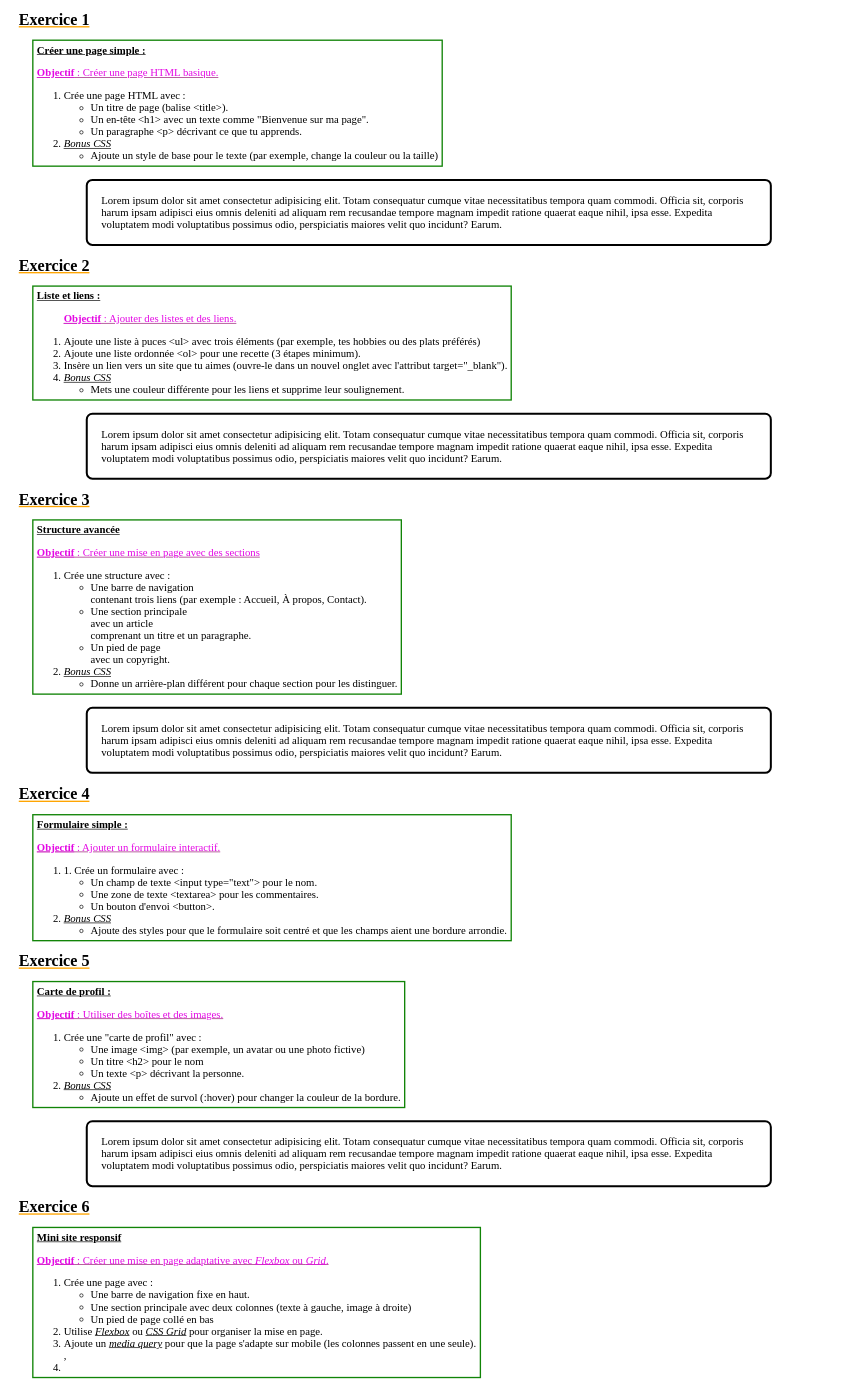
Repository: AnnaSpirit/Mimo_App
Page: Exercices_HTML&CSS.html
The author's editor kept a copy of each file at every save. The page is drawn from the files as they stood at one save, then again after the next save.
The browser window is 1280 px wide. The pictures show the whole page, at 67% of full size.

Above is the page before, as saved 2024-12-08 11:10:46.

### Exercices_HTML&CSS.html
<!DOCTYPE html>
<html lang="en">
<head>
    <meta charset="UTF-8">
    <meta name="viewport" content="width=device-width, initial-scale=1.0">
    <link rel="stylesheet" href="styleCSS.css">
    <title>Exercices HTML & CSS</title>
</head>
<body>
<div>
    <h1>Exercice 1</h1>
    <span class="Consigne"><b>Créer une page simple :</b><br>
        <p><b>Objectif</b> : Créer une page HTML basique.</p>
        <ol>
            <li>Crée une page HTML avec :
                <ul>
                    <li>Un titre de page (balise &lt;title&gt;).</li>
                    <li>Un en-tête &lt;h1&gt; avec un texte comme "Bienvenue sur ma page".</li>
                    <li>Un paragraphe &lt;p&gt; décrivant ce que tu apprends.</li>
                </ul>
            </li>
            <li><em>Bonus CSS</em>
                <ul>
                    <li>Ajoute un style de base pour le texte (par exemple, change la couleur ou la taille)</li>
                </ul>
            </li>
        </ol>
    </span>
    <br>
    <br>
    <span class="Resultat">Lorem ipsum dolor sit amet consectetur adipisicing elit. Totam consequatur cumque vitae necessitatibus tempora quam commodi. Officia sit, corporis harum ipsam adipisci eius omnis deleniti ad aliquam rem recusandae tempore magnam impedit ratione quaerat eaque nihil, ipsa esse. Expedita voluptatem modi voluptatibus possimus odio, perspiciatis maiores velit quo incidunt? Earum.</span>

</div>
    <div>
        <h1>Exercice 2</h1>
    <span class="Consigne"><b>Liste et liens :</b>
        <ol>
            <p><b>Objectif</b> : Ajouter des listes et des liens.</p>
            <li>Ajoute une liste à puces &lt;ul&gt; avec trois éléments (par exemple, tes hobbies ou des plats préférés)</li>
            <li>Ajoute une liste ordonnée &lt;ol&gt; pour une recette (3 étapes minimum).</li>
            <li>Insère un lien <a> vers un site que tu aimes (ouvre-le dans un nouvel onglet avec l'attribut target="_blank").</li>
            <li><em>Bonus CSS</em>
                <ul>
                    <li>Mets une couleur différente pour les liens et supprime leur soulignement.</li>
                </ul>
            </li>
        </ol>
    </span>
    <br>
    <br>
    <span class="Resultat">Lorem ipsum dolor sit amet consectetur adipisicing elit. Totam consequatur cumque vitae
        necessitatibus tempora quam commodi. Officia sit, corporis harum ipsam adipisci eius omnis deleniti ad aliquam rem
        recusandae tempore magnam impedit ratione quaerat eaque nihil, ipsa esse. Expedita voluptatem modi voluptatibus
        possimus odio, perspiciatis maiores velit quo incidunt? Earum.</span>
    </div>
    <div>
        <h1>Exercice 3</h1>
        <span class="Consigne"><b>Structure avancée</b><br>
        <p><b>Objectif</b> : Créer une mise en page avec des sections</p>
        <ol>
            <li>Crée une structure avec :</li>
            <ul>
                <li>Une barre de navigation <nav> contenant trois liens (par exemple : Accueil, À propos, Contact).</li>
                <li>Une section principale <main> avec un article <article> comprenant un titre et un paragraphe.</li>
                <li>Un pied de page <footer> avec un copyright.</li>
            </ul>
            <li><em>Bonus CSS </em></li>
            <ul>
                <li>Donne un arrière-plan différent pour chaque section pour les distinguer.</li>
            </ul></li>
        </ol>
    </span>
    <br>
    <br>
    <span class="Resultat">Lorem ipsum dolor sit amet consectetur adipisicing elit. Totam consequatur cumque vitae
        necessitatibus tempora quam commodi. Officia sit, corporis harum ipsam adipisci eius omnis deleniti ad aliquam rem
        recusandae tempore magnam impedit ratione quaerat eaque nihil, ipsa esse. Expedita voluptatem modi voluptatibus
        possimus odio, perspiciatis maiores velit quo incidunt? Earum.</span>
    </div>
    <div>
        <h1>Exercice 4</h1>
    <span class="Consigne"><b>Formulaire simple :</b><br>
        <p><b>Objectif</b> : Ajouter un formulaire interactif.</p>
        <ol>
            <li>1. Crée un formulaire avec :</li>
                <ul>
                    <li>Un champ de texte &lt;input type="text"&gt; pour le nom.</li>
                    <li>Une zone de texte &lt;textarea&gt; pour les commentaires.</li>
                    <li>Un bouton d'envoi &lt;button&gt;.</li>
                </ul>
            </li>
            <li><em>Bonus CSS</em>
                <ul>
                    <li>Ajoute des styles pour que le formulaire soit centré et que les champs aient une bordure arrondie.</li>
                </ul>
            </li>
        </ol>
    </div>
    <div>
        <h1>Exercice 5</h1>
        <span class="Consigne"><b>Carte de profil :</b><br>
            <p><b>Objectif</b> : Utiliser des boîtes et des images.</p>
            <ol>
                <li>Crée une "carte de profil" avec :</li>
                    <ul>
                        <li>Une image &lt;img&gt; (par exemple, un avatar ou une photo fictive)</li>
                    <li>Un titre &lt;h2&gt; pour le nom</li>
                    <li>Un texte &lt;p&gt; décrivant la personne.</li>
                    </ul>
                <li><em>Bonus CSS</em></li>
                    <ul><li>Ajoute un effet de survol (:hover) pour changer la couleur de la bordure.</li></ul>
                </li>
            </ol>
            </span>
            <br>
            <br>
            <span class="Resultat">Lorem ipsum dolor sit amet consectetur adipisicing elit. Totam consequatur cumque vitae
                necessitatibus tempora quam commodi. Officia sit, corporis harum ipsam adipisci eius omnis deleniti ad aliquam rem
                recusandae tempore magnam impedit ratione quaerat eaque nihil, ipsa esse. Expedita voluptatem modi voluptatibus
                possimus odio, perspiciatis maiores velit quo incidunt? Earum.</span>
    </div>
    <div>
        <h1>Exercice 6</h1>
    <span class="Consigne"><b>Mini site responsif</b><br>
        <p><b>Objectif</b> : Créer une mise en page adaptative avec <em class="select">Flexbox</em> ou <em class="select">Grid</em>.
    <ol>
        <li>Crée une page avec :</li>
            <ul>
                <li>Une barre de navigation fixe en haut.</li>
                <li>Une section principale avec deux colonnes (texte à gauche, image à droite)</li>
                <li>Un pied de page collé en bas</li>
            </ul>
        </li>
        <li>Utilise <em class="select">Flexbox</em> ou <em class="select">CSS Grid</em> pour organiser la mise en page.</li>
        <li>Ajoute un <em class="select">media query</em> pour que la page s'adapte sur mobile (les colonnes passent en une seule).</li>
        ,<li></li>
    </ol>
        </div>
</body>
</html>

### styleCSS.css
html{
    margin: 0 20px 0 20px;
}
h1{
    font-weight: bold;
    font-size: x-large;
    text-decoration: underline orange;
}

ol{
    margin-top: 5px;
    margin-bottom: 0;
}

.Consigne{
    border: 2px solid rgb(17, 132, 7);
        /* Une bordure noire de 2px */
        padding: 5px;
        /* Espace entre le texte et la bordure */
        display: inline-block;
        /* S'assurer que la bordure s'adapte au texte */
        margin: 0 20px;
            /* Décalage de 20px à droite et à gauche */
}
p{
    text-decoration: underline rgb(149, 18, 112);
    color: rgb(228, 7, 228);
}
b, em{
    font-family: fantasy;
    text-decoration: underline;
}
.select{
    font-style: oblique;
}
.Resultat{
    border: 3px solid black;
    /* Une bordure noire de 2px */
    padding: 20px;
    /* Espace entre le texte et la bordure */
    border-radius: 10px;
    /* Coins arrondis */
    display: inline-block;
    /* S'assurer que la bordure s'adapte au texte */
    margin: 0 100px 0 100px;
}

After the next save:
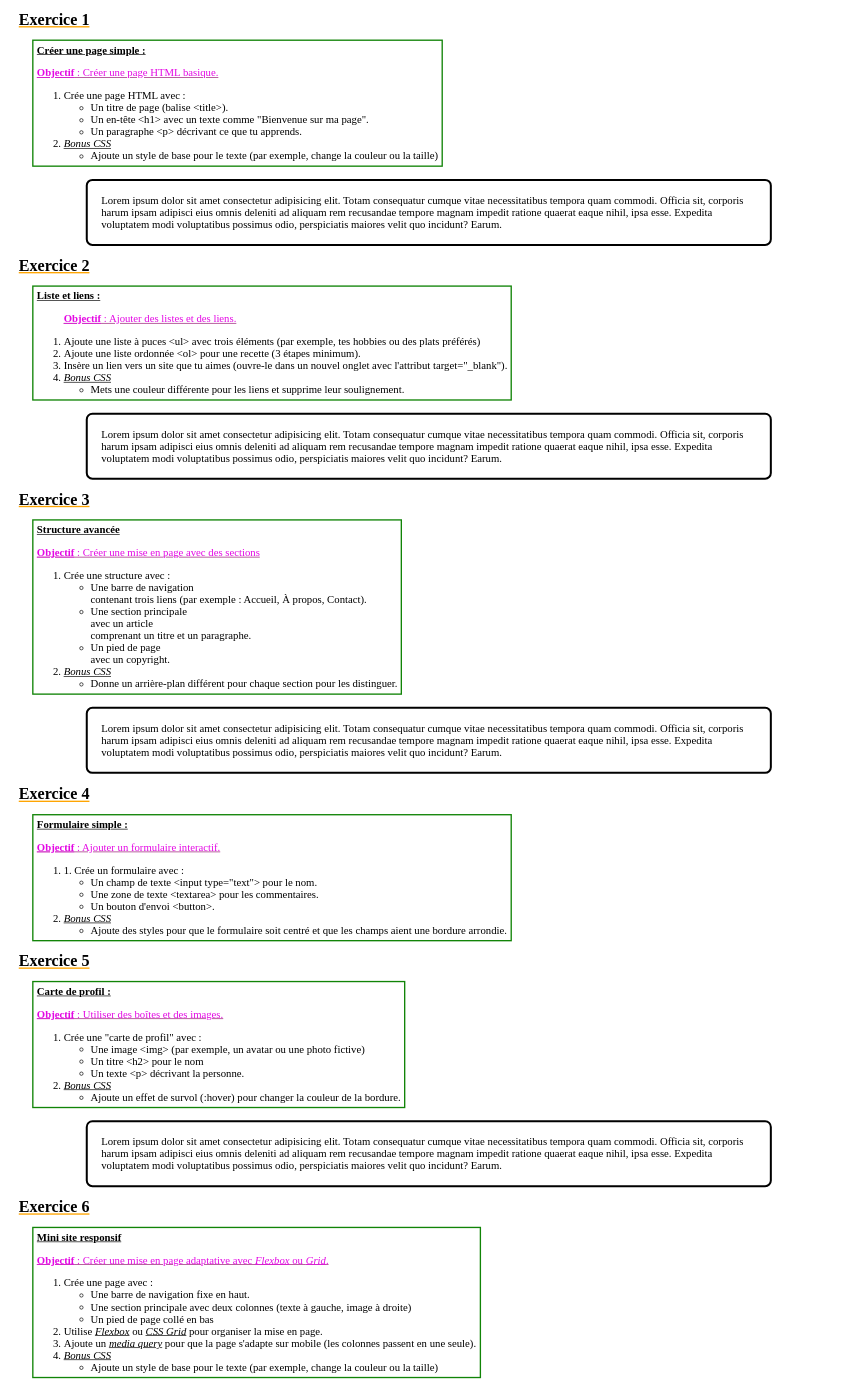
Saved 28 s later.
--- a/Exercices_HTML&CSS.html
+++ b/Exercices_HTML&CSS.html
@@ -133,7 +133,11 @@
         </li>
         <li>Utilise <em class="select">Flexbox</em> ou <em class="select">CSS Grid</em> pour organiser la mise en page.</li>
         <li>Ajoute un <em class="select">media query</em> pour que la page s'adapte sur mobile (les colonnes passent en une seule).</li>
-        ,<li></li>
+        <li><em>Bonus CSS</em>
+            <ul>
+                <li>Ajoute un style de base pour le texte (par exemple, change la couleur ou la taille)</li>
+            </ul>
+        </li>
     </ol>
         </div>
 </body>
